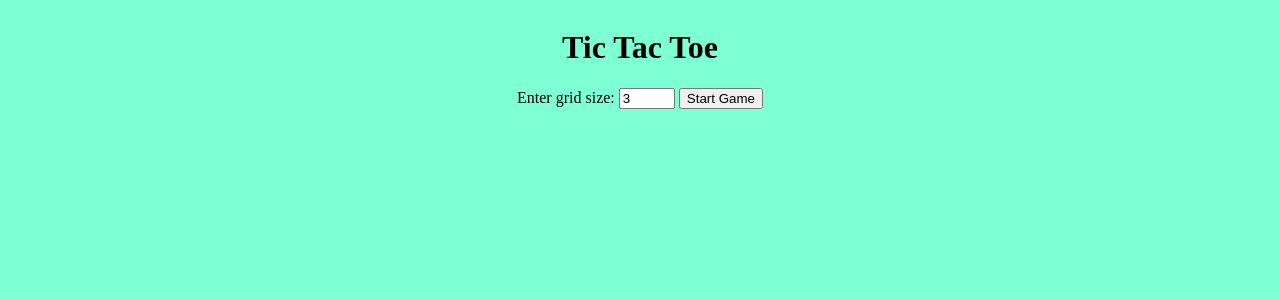
Repository: Shamraiz761/tik_tak_toe_game
Page: index.html
The author's editor kept a copy of each file at every save. The page is drawn from the files as they stood at one save, then again after a run of saves.
The browser window is 1280 px wide. The pictures show the whole page.

Above is the page before, as saved 2024-01-09 11:44:38.

### index.html
<!DOCTYPE html>
<html>
  <head>
    <title>Tic Tac Toe</title>
    <link rel="stylesheet" type="text/css" href="styles.css" />
  </head>
  <body>
    <div>
      <h1 class="header">Tic Tac Toe</h1>
      <label for="sizeInput">Enter grid size:</label>
      <input type="number" id="sizeInput" min="3" max="10" value="3" />
      <button onclick="startGame()">Start Game</button>
<div style="display: flex;justify-content: center;">
      <div id="board" style="margin-top: 20px; "></div>
      </div>


      <div id="status" style="margin-top: 20px; text-align: center;"></div>

    </div>
    <script src="tik_tak.js"></script>
  </body>
</html>

### styles.css
body{
    display: flex;
    justify-content: center;
    align-items: center;

    background-color: aquamarine;
}
.header{
    text-align: center;
}
.cell {
    width: 50px;
    height: 50px;
    border: 1px solid #000;
    display: inline-block;
    text-align: center;
    line-height: 50px;
    font-size: 24px;
  }

### tik_tak.js
let currentPlayer = 'X';
let boardSize = 3;
let board = [];

function startGame() {
  boardSize = parseInt(document.getElementById("sizeInput").value);
  createBoard();
}

function createBoard() {
  board = [];
  let html = '';
  for (let i = 0; i < boardSize; i++) {
    board.push(Array(boardSize).fill(''));
    for (let j = 0; j < boardSize; j++) {
      html += `<div class="cell" data-row="${i}" data-col="${j}" onclick="cellClick(${i}, ${j})"></div>`;
    }
    html += '<br>';
  }
  document.getElementById("board").innerHTML = html;
  document.getElementById("status").innerHTML = `Player ${currentPlayer}'s turn`;
}

function cellClick(row, col) {
  if (board[row][col] === '') {
    board[row][col] = currentPlayer;
    document.querySelector(`[data-row="${row}"][data-col="${col}"]`).innerText = currentPlayer;

    if (checkWin(row, col)) {
      document.getElementById("status").innerText = `Player ${currentPlayer} wins!`;
    } else if (checkDraw()) {
      document.getElementById("status").innerText = 'It\'s a draw!';
    } else {
      currentPlayer = currentPlayer === 'X' ? 'O' : 'X';
      document.getElementById("status").innerText = `Player ${currentPlayer}'s turn`;
    }
  }
}

function checkWin(row, col) {
  const symbols = ['X', 'O'];
  for (let s of symbols) {
    let win = true;

    for (let i = 0; i < boardSize; i++) {
      if (board[row][i] !== s) {
        win = false;
        break;
      }
    }
    if (win) return true;


    win = true;
    for (let i = 0; i < boardSize; i++) {
      if (board[i][col] !== s) {
        win = false;
        break;
      }
    }
    if (win) return true;


    win = true;
    for (let i = 0; i < boardSize; i++) {
      if (board[i][i] !== s) {
        win = false;
        break;
      }
    }
    if (win) return true;


    win = true;
    for (let i = 0; i < boardSize; i++) {
      if (board[i][boardSize - 1 - i] !== s) {
        win = false;
        break;
      }
    }
    if (win) return true;
  }
  return false;
}

function checkDraw() {
  for (let i = 0; i < boardSize; i++) {
    for (let j = 0; j < boardSize; j++) {
      if (board[i][j] === '') {
        return false;
      }
    }
  }
  return true;
}

After the next 3 saves:
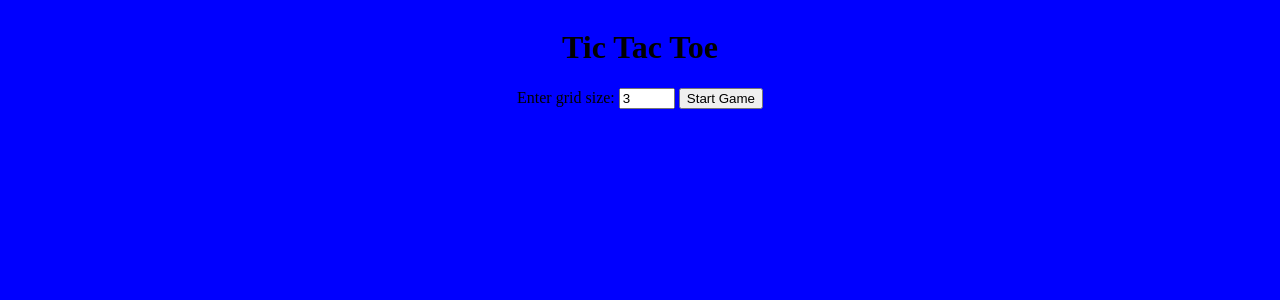
The 3 saves are shown as one change because they came seconds apart.
The last was saved 29 s later.
--- a/styles.css
+++ b/styles.css
@@ -3,7 +3,7 @@ body{
     justify-content: center;
     align-items: center;
 
-    background-color: aquamarine;
+    background-color: blue;
 }
 .header{
     text-align: center;
